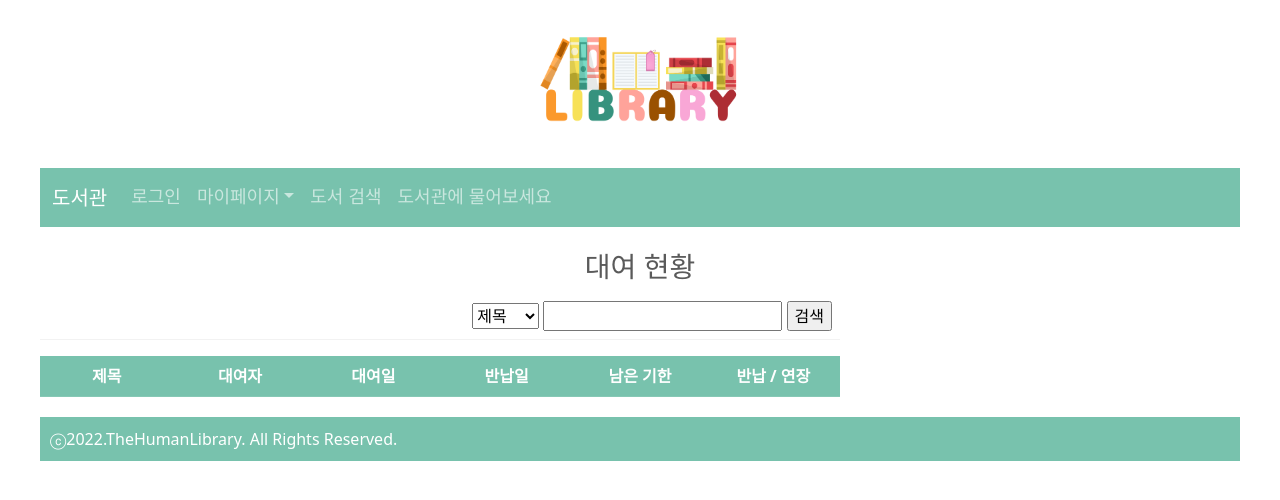
Repository: ahnbin00/Library
Page: http://localhost/BookRental/WEB-INF/book/manageRentalList.jsp
These files come from the project's save history. The page is drawn as it stood at one moment and after the next save; the edit follows.
The browser window is 1280 px wide. The pictures show the whole page.
Some web fonts or font styles are not loaded; a fallback is used. Some web libraries are served in a nearby version. The page is served by Tomcat 9. Nobody is signed in. Other server files are loaded and not shown. The template is opened directly, without the code that normally fills it, so the values that code supplies are empty.

Above is the page before, as saved 2022-12-22 06:37:56.

### BookRental/src/main/webapp/WEB-INF/book/manageRentalList.jsp
<%@page import="java.util.List"%>

<%@ page language="java" contentType="text/html; charset=UTF-8"
   pageEncoding="UTF-8"%>
    <%@ taglib prefix="c" uri="http://java.sun.com/jsp/jstl/core" %>
<!DOCTYPE html>
<html>
<head>
<meta charset="UTF-8">
<link rel="stylesheet"
   href="resources/bootstrap.css">
   <link rel="stylesheet" href="https://cdn.jsdelivr.net/npm/bootstrap-icons@1.7.1/font/bootstrap-icons.css">
<title>대여 현황</title>
<style type="text/css">
@import url('https://fonts.googleapis.com/css2?family=Jua&display=swap');
th, td{
	width: 200px;
}
</style>
</head>
<body style="width:1200px; text-align:center; margin: 0 auto;" >
	   <header>
      <h1 style="text-align: center; padding-top: 30px; padding-bottom: 30px;"><img alt="로고" src="resources/logo.png" width="200px" height="100px"></h1>
   </header>
   <nav>
   <%@ include file="/WEB-INF/book/banner.jsp" %>
   </nav>
   <br>
   <h3>대여 현황</h3>

   <!-- 검색 시작 -->
   <form action="getRentalList.do" method="get">
      <table class="table" style="width:800px;">
         <tr>
            <td align="right">
               <select name="searchCondition">
                  <option value="TITLE">제목</option>
                  <option value="ID">아이디</option>
                  <option value="ISBN">ISBN</option>
               </select>
               <input type="text" name="searchKeyword">
               <input type="submit" value="검색">
            </td>
         </tr>
      </table>
   </form>

   <!-- 목록 출력 -->
   <table class="table table-hover" style="width:800px;">
      <tr class="table-primary">
      <th>제목</th>
      <th>대여자</th>
      <th>대여일</th>
      <th>반납일</th>
      <th>남은 기한</th>
      <th>반납 / 연장</th>
      </tr>
      <c:forEach var="rentalList" items="${rentalList }">
         <tr class="table-primary">
               <td>${rentalList.title }</td>
               <td>${rentalList.id }</td>
               <td>${rentalList.rentday }</td>
               <td>${rentalList.returnday }</td>
               		<c:choose>
						<c:when test="${rentalList.restday >= 0}">
							<td>${rentalList.restday } 일</td>
							 <td>
				                <button type="button" class="btn btn-danger" onclick="location.href='deleteRental.do?rentalseq=${rentalList.rentalseq}&isbn=${rentalList.isbn}'">반납</button>
				                <button type="button" class="btn btn-warning" onclick="location.href='extendRental.do?rentalseq=${rentalList.rentalseq}'">연장</button>
				             </td>
						</c:when>
						<c:otherwise>
							<td style="color: red;">${rentalList.restday } 일(연체)</td>
							<td>
				                <button type="button" class="btn btn-danger" onclick="location.href='deleteRental.do?rentalseq=${rentalList.rentalseq}&isbn=${rentalList.isbn}'">반납</button>
				             </td>
						</c:otherwise>
					</c:choose>
          </tr>
       </c:forEach>
   </table>
   </div>

   <%@ include file="/WEB-INF/book/footer.jsp" %>
</body>
</html>

### BookRental/src/main/webapp/WEB-INF/book/banner.jsp
<%@ page language="java" contentType="text/html; charset=UTF-8"
   pageEncoding="UTF-8"%>
<%@ taglib prefix="c" uri="http://java.sun.com/jsp/jstl/core" %>
<!DOCTYPE html>
<html>
<head>
<meta charset="UTF-8">
<link rel="stylesheet"
   href="../resources/bootstrap.css">
   <script src="https://cdn.jsdelivr.net/npm/bootstrap@5.2.2/dist/js/bootstrap.bundle.min.js" integrity="sha384-OERcA2EqjJCMA+/3y+gxIOqMEjwtxJY7qPCqsdltbNJuaOe923+mo//f6V8Qbsw3" crossorigin="anonymous"></script>
<title>상단 메인 배너</title>
<style type="text/css">
@import url('https://fonts.googleapis.com/css2?family=Jua&display=swap');
body ul, a{
font-family: 'Jua', sans-serif;
}
</style>
</head>
<body style="width:1200px;">
<nav class="navbar navbar-expand-lg navbar-dark bg-primary">
  <div class="container-fluid">
    <a class="navbar-brand" href="index.do">도서관</a>
    <button class="navbar-toggler" type="button" data-bs-toggle="collapse" data-bs-target="#navbarColor01" aria-controls="navbarColor01" aria-expanded="false" aria-label="Toggle navigation">
      <span class="navbar-toggler-icon"></span>
    </button>
    <div class="collapse navbar-collapse" id="navbarColor01">
      <ul class="navbar-nav me-auto">
        <li class="nav-item">
        <c:choose>
         <c:when test="${empty id }">
            <a class="nav-link" href="login.do" style="font-size:18px">로그인
            <span class="visually-hidden">(current)</span>
             </a>
         </c:when>
         <c:otherwise>
             <a class="nav-link" href="logout.do" style="font-size:18px">로그아웃
             <span class="visually-hidden">(current)</span>
             </a>
         </c:otherwise>
         </c:choose>
         <c:if test="${id eq 'admin' }">
        	<li class="nav-item">
			<a class="nav-link" href="getMemberList.do">회원 관리</a>
			</li>
			<li class="nav-item">
			<a class="nav-link" href="getBookListManage.do">도서 관리</a>
			</li>
			<li class="nav-item">
			<a class="nav-link" href="getRentalList.do">대여 현황</a>
			</li>
			<li class="nav-item">
			<a class="nav-link" href="getQnaListManage.do">도서관에 물어보세요</a>
			</li>
         </c:if>
        </li>
        <c:if test="${id ne 'admin' }">
        <li class="nav-item dropdown">
          <a class="nav-link dropdown-toggle" data-bs-toggle="dropdown" role="button" aria-haspopup="true" aria-expanded="false" style="font-size:18px">마이페이지</a>
          <div class="dropdown-menu">
             <c:choose>
             <c:when test="${empty id }">
             <a class="dropdown-item" href="login.do" style="font-size:18px">회원정보수정</a>
            <a class="dropdown-item" href="login.do" style="font-size:18px">회원대출정보</a>
             </c:when>
             <c:otherwise>
             <a class="dropdown-item" href="getMember.do?id=${id}" style="font-size:18px">회원정보수정</a>
            <a class="dropdown-item" href="memberRental.do?id=${id}" style="font-size:18px">회원대출정보</a>
             </c:otherwise>
             </c:choose>
          </div>
        </li>
        <li class="nav-item">
          <a class="nav-link" href="getBookList.do" style="font-size:18px">도서 검색</a>
        </li>
        <li class="nav-item">
          <a class="nav-link" href="getQnaList.do" style="font-size:18px">도서관에 물어보세요</a>
        </li>
      </ul>
      </c:if>
<!--       <form class="d-flex"> -->
<!--         <input class="form-control me-sm-2" type="text" placeholder="Search"> -->
<!--         <button class="btn btn-secondary my-2 my-sm-0" type="submit">Search</button> -->
<!--       </form> -->
    </div>
  </div>
</nav>

</body>
</html>

### BookRental/src/main/webapp/WEB-INF/book/footer.jsp
<%@ page language="java" contentType="text/html; charset=UTF-8"
    pageEncoding="UTF-8"%>
<!DOCTYPE html>
<html>
<head>
<meta charset="UTF-8">
<title>Insert title here</title>
<style type="text/css">
footer{
margin-top: 20px;
padding: 10px;
width: 1200px;
background-color: #78c2ad;
text-align: left;
color: white;
}
</style>
</head>
<body>

   <footer>
		ⓒ2022.TheHumanLibrary. All Rights Reserved.
   </footer>

</body>
</html>

Loaded but not shown: BookRental/src/main/webapp/resources/bootstrap.css (library)

After the next save:
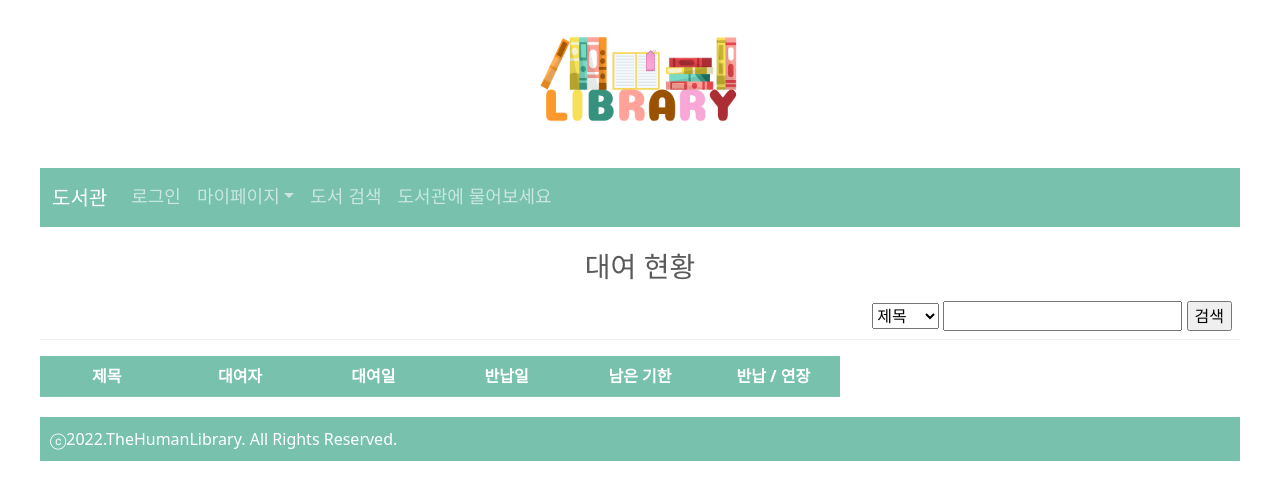
Saved 104 s later.
--- a/BookRental/src/main/webapp/WEB-INF/book/manageRentalList.jsp
+++ b/BookRental/src/main/webapp/WEB-INF/book/manageRentalList.jsp
@@ -19,18 +19,21 @@ th, td{
 </style>
 </head>
 <body style="width:1200px; text-align:center; margin: 0 auto;" >
-	   <header>
-      <h1 style="text-align: center; padding-top: 30px; padding-bottom: 30px;"><img alt="로고" src="resources/logo.png" width="200px" height="100px"></h1>
-   </header>
-   <nav>
-   <%@ include file="/WEB-INF/book/banner.jsp" %>
-   </nav>
+
+	<header>
+		<h1 style="text-align: center; padding-top: 30px; padding-bottom: 30px;"><img alt="로고" src="resources/logo.png" width="200px" height="100px"></h1>
+	</header>
+
+	<nav>
+		<%@ include file="/WEB-INF/book/banner.jsp" %>
+   	</nav>
    <br>
+
    <h3>대여 현황</h3>
 
    <!-- 검색 시작 -->
    <form action="getRentalList.do" method="get">
-      <table class="table" style="width:800px;">
+      <table class="table">
          <tr>
             <td align="right">
                <select name="searchCondition">
